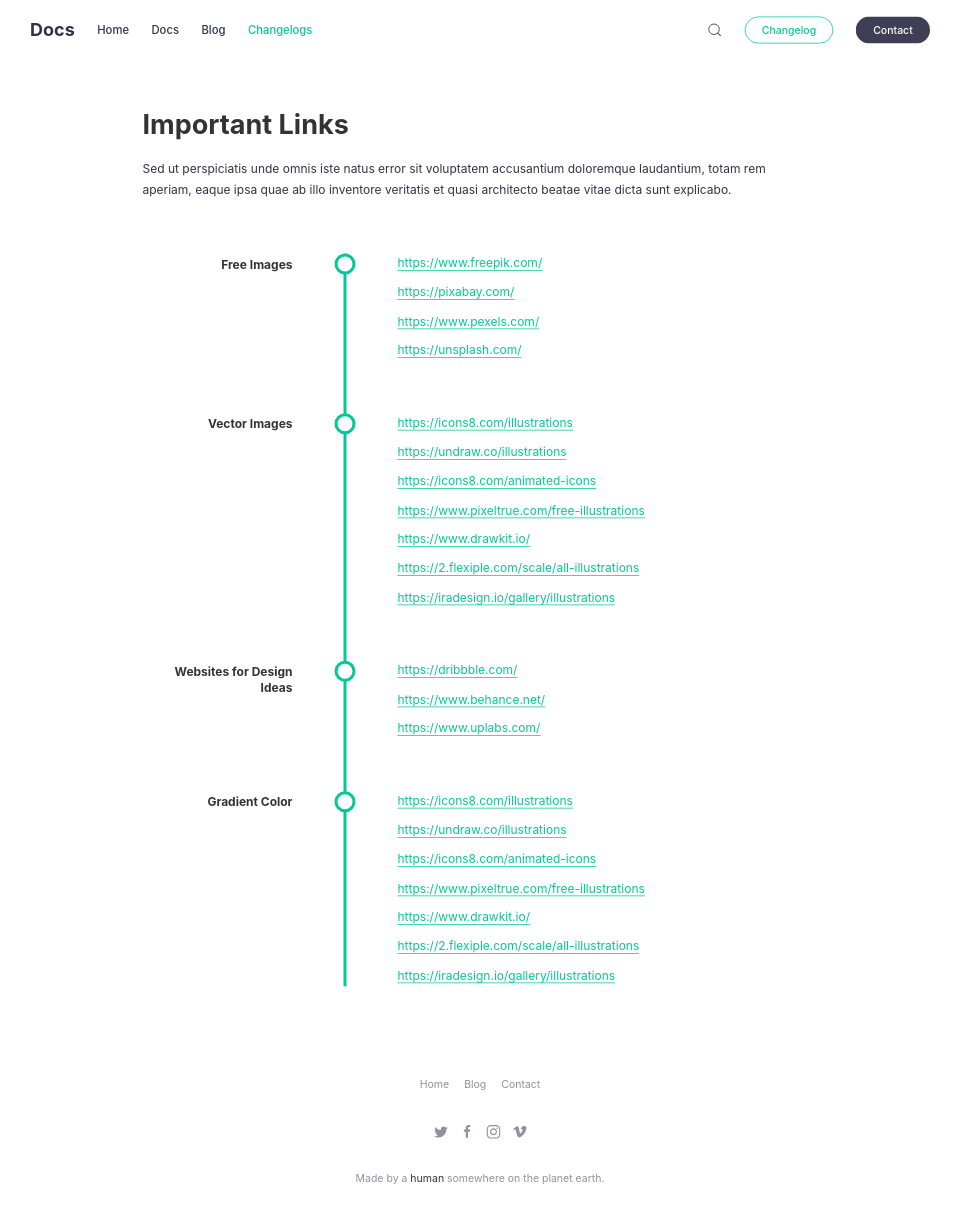
Repository: suchi9909/webdoc
Page: useful-links.html
These files come from the project's save history. The page is drawn as it stood at one moment and after the next save; the edit follows.
The browser window is 1280 px wide. The pictures show the whole page, at 75% of full size.

Above is the page before, as saved 2021-02-19 09:23:20.

### useful-links.html
<!DOCTYPE html>
<html lang="en-gb" dir="ltr">

<head>
    <meta charset="utf-8">
    <meta name="viewport" content="width=device-width, initial-scale=1">
    <title>Docs | Documentation HTML Template</title>
    <link rel="shortcut icon" type="image/png" href="https://via.placeholder.com/20.png" >
    <link href="https://fonts.googleapis.com/css?family=Heebo:300,400" rel="stylesheet">
    <link rel="stylesheet" href="css/main.css" />
    <script src="js/uikit.js"></script>
</head>

<body>

<div data-uk-sticky="animation: uk-animation-slide-top; sel-target: .uk-navbar-container; cls-active: uk-navbar-sticky; cls-inactive: uk-navbar-transparent; top: 200">
  <nav class="uk-navbar-container">
    <div class="uk-container">
      <div data-uk-navbar>
        <div class="uk-navbar-left">
          <a class="uk-navbar-item uk-logo uk-visible@m" href="index.html">Docs</a>
          <a class="uk-navbar-toggle uk-hidden@m" href="#offcanvas-docs" data-uk-toggle><span
              data-uk-navbar-toggle-icon></span> <span class="uk-margin-small-left">Docs</span></a>
          <ul class="uk-navbar-nav uk-visible@m">
            <li ><a href="index.html">Home</a></li>
            <li ><a href="doc.html">Docs</a></li>
            <li ><a href="blog.html">Blog</a></li>
            <li class="uk-active">
              <a href="#">Changelogs</a>
              <div class="uk-navbar-dropdown">
                <ul class="uk-nav uk-navbar-dropdown-nav">
                  <li><a href="changelog-timeline.html">Timeline Style</a></li>
                  <li><a href="changelog-posts.html">Post Style</a></li>
                </ul>
              </div>
            </li>
          </ul>
        </div>
        <div class="uk-navbar-center uk-hidden@m">
          <a class="uk-navbar-item uk-logo" href="index.html">Docs</a>
        </div>
        <div class="uk-navbar-right">
          <div>
            <a id="search-navbar-toggle" class="uk-navbar-toggle" data-uk-search-icon href="#"></a>
            <div class="uk-background-default uk-border-rounded"
              data-uk-drop="mode: click; pos: left-center; offset: 0">
              <form class="uk-search uk-search-navbar uk-width-1-1" onsubmit="return false;">
                <input id="search-navbar" class="uk-search-input" type="search" placeholder="Search for answers"
                  autofocus autocomplete="off" data-minchars="1" data-maxitems="30">
              </form>
            </div>
          </div>
          <ul class="uk-navbar-nav uk-visible@m">
            <li>
              <div class="uk-navbar-item">
                <a class="uk-button uk-button-primary-outline" href="changelog-timeline.html">Changelog</a>
              </div>
            </li>
            <li>
              <div class="uk-navbar-item">
                <a class="uk-button uk-button-success" href="contact.html">Contact</a>
              </div>
            </li>
          </ul>
          <a class="uk-navbar-toggle uk-hidden@m" href="#offcanvas" data-uk-toggle><span
              data-uk-navbar-toggle-icon></span> <span class="uk-margin-small-left">Menu</span></a>
        </div>
      </div>
    </div>
  </nav>
</div>

<div class="uk-section">
  <div class="uk-container uk-container-small">
    <article class="uk-article">
      <h1 class="uk-article-title">Important Links</h1>
      <div class="article-content link-primary">
        <p>Sed ut perspiciatis unde omnis iste natus error sit voluptatem accusantium doloremque laudantium, totam rem
          aperiam, eaque ipsa quae ab illo inventore veritatis et quasi architecto beatae vitae dicta sunt explicabo.
        </p>
        <div class="tm-timeline uk-margin-large-top">
          <div class="tm-timeline-entry">
            <div class="tm-timeline-time">
              <h5>Free Images</h5>
            </div>
            <div class="tm-timeline-body">
              <ul class="uk-list">
                <li><a href="https://www.freepik.com/">https://www.freepik.com/</a></li>
                <li><a href="https://pixabay.com/">https://pixabay.com/</a></li>
                <li><a href="https://www.pexels.com/">https://www.pexels.com/</a></li>
                <li><a href="https://unsplash.com/">https://unsplash.com/</a></li>
              </ul>
            </div>
          </div>
          <div class="tm-timeline-entry">
            <div class="tm-timeline-time">
              <h5>Vector Images</h5>
            </div>
            <div class="tm-timeline-body">
              <ul class="uk-list">
                <li><a href="https://icons8.com/illustrations">https://icons8.com/illustrations</a></li>
                <li><a href="https://undraw.co/illustrations">https://undraw.co/illustrations</a></li>
                <li><a href="https://icons8.com/animated-icons">https://icons8.com/animated-icons</a></li>
                <li><a href="https://www.pixeltrue.com/free-illustrations">https://www.pixeltrue.com/free-illustrations</a></li>
                <li><a href="https://www.drawkit.io/">https://www.drawkit.io/</a></li>
                <li><a href="https://2.flexiple.com/scale/all-illustrations">https://2.flexiple.com/scale/all-illustrations</a></li>
                <li><a href="https://iradesign.io/gallery/illustrations">https://iradesign.io/gallery/illustrations</a></li>
              </ul>
            </div>
          </div>
          <div class="tm-timeline-entry">
            <div class="tm-timeline-time">
              <h5>Websites for Design Ideas</h5>
            </div>
            <div class="tm-timeline-body">
              <ul class="uk-list">
                <li><a href="https://dribbble.com/">https://dribbble.com/</a></li>
                <li><a href="https://www.behance.net/">https://www.behance.net/</a></li>
                <li><a href="https://www.uplabs.com/">https://www.uplabs.com/</a></li>
              </ul>
            </div>
          </div>
          <div class="tm-timeline-entry">
            <div class="tm-timeline-time">
              <h5>Gradient Color</h5>
            </div>
            <div class="tm-timeline-body">
              <ul class="uk-list">
                <li><a href="https://icons8.com/illustrations">https://icons8.com/illustrations</a></li>
                <li><a href="https://undraw.co/illustrations">https://undraw.co/illustrations</a></li>
                <li><a href="https://icons8.com/animated-icons">https://icons8.com/animated-icons</a></li>
                <li><a href="https://www.pixeltrue.com/free-illustrations">https://www.pixeltrue.com/free-illustrations</a></li>
                <li><a href="https://www.drawkit.io/">https://www.drawkit.io/</a></li>
                <li><a href="https://2.flexiple.com/scale/all-illustrations">https://2.flexiple.com/scale/all-illustrations</a></li>
                <li><a href="https://iradesign.io/gallery/illustrations">https://iradesign.io/gallery/illustrations</a></li>
              </ul>
            </div>
          </div>
        </div>
      </div>
    </article>
  </div>
</div>

<div id="offcanvas-docs" data-uk-offcanvas="overlay: true">
  <div class="uk-offcanvas-bar">
    <button class="uk-offcanvas-close" type="button" data-uk-close></button>
    <h5 class="uk-margin-top">Getting Started</h5>
    <ul class="uk-nav uk-nav-default doc-nav">
      <li class="uk-active"><a href="doc.html">Template setup</a></li>
      <li><a href="doc.html">Basic theme setup</a></li>
      <li><a href="doc.html">Navigation bar</a></li>
      <li><a href="doc.html">Footer options</a></li>
      <li><a href="doc.html">Creating your first post</a></li>
      <li><a href="doc.html">Creating docs posts</a></li>
      <li><a href="doc.html">Enabling comments</a></li>
      <li><a href="doc.html">Google Analytics</a></li>
    </ul>
    <h5 class="uk-margin-top">Product Features</h5>
    <ul class="uk-nav uk-nav-default doc-nav">
      <li><a href="doc.html">Hero page header</a></li>
      <li><a href="doc.html">Category boxes section</a></li>
      <li><a href="doc.html">Fearured docs section</a></li>
      <li><a href="doc.html">Video lightbox boxes section</a></li>
      <li><a href="doc.html">Frequently asked questions section</a></li>
      <li><a href="doc.html">Team members section</a></li>
      <li><a href="doc.html">Call to action section</a></li>
      <li><a href="doc.html">Creating a changelog</a></li>
      <li><a href="doc.html">Contact form</a></li>
      <li><a href="doc.html">Adding media to post and doc content</a></li>
      <li><a href="doc.html">Adding table of contents to docs</a></li>
      <li><a href="doc.html">Adding alerts to content</a></li>
    </ul>
    <h5 class="uk-margin-top">Customization</h5>
    <ul class="uk-nav uk-nav-default doc-nav">
      <li><a href="doc.html">Translation</a></li>
      <li><a href="doc.html">Customization</a></li>
      <li><a href="doc.html">Development</a></li>
      <li><a href="doc.html">Sources and credits</a></li>
    </ul>
    <h5 class="uk-margin-top">Help</h5>
    <ul class="uk-nav uk-nav-default doc-nav">
      <li><a href="doc.html">Contacting support</a></li>
    </ul>
  </div>
</div>

<div id="offcanvas" data-uk-offcanvas="flip: true; overlay: true">
  <div class="uk-offcanvas-bar">
    <a class="uk-logo" href="index.html">Docs</a>
    <button class="uk-offcanvas-close" type="button" data-uk-close></button>
    <ul class="uk-nav uk-nav-primary uk-nav-offcanvas uk-margin-top">
      <li ><a href="index.html">Home</a></li>
      <li ><a href="doc.html">Docs</a></li>
      <li ><a href="blog.html">Blog</a></li>
      <li ><a href="contact.html">Contact</a></li>
      <li>
        <div class="uk-navbar-item"><a class="uk-button uk-button-success" href="contact.html">Contact</a></div>
      </li>
    </ul>
    <div class="uk-margin-top uk-text-center">
      <div data-uk-grid class="uk-child-width-auto uk-grid-small uk-flex-center">
        <div>
          <a href="https://twitter.com/" data-uk-icon="icon: twitter" class="uk-icon-link" target="_blank"></a>
        </div>
        <div>
          <a href="https://www.facebook.com/" data-uk-icon="icon: facebook" class="uk-icon-link" target="_blank"></a>
        </div>
        <div>
          <a href="https://www.instagram.com/" data-uk-icon="icon: instagram" class="uk-icon-link" target="_blank"></a>
        </div>
        <div>
          <a href="https://vimeo.com/" data-uk-icon="icon: vimeo" class="uk-icon-link" target="_blank"></a>
        </div>
      </div>
    </div>
  </div>
</div>

<footer class="uk-section uk-text-center uk-text-muted">
	<div class="uk-container uk-container-small">
		<div>
			<ul class="uk-subnav uk-flex-center">
				<li><a href="#">Home</a></li>
				<li><a href="blog.html">Blog</a></li>
				<li><a href="contact.html">Contact</a></li>
			</ul>
		</div>
		<div class="uk-margin-medium">
			<div data-uk-grid class="uk-child-width-auto uk-grid-small uk-flex-center">
				<div class="uk-first-column">
					<a href="https://twitter.com/" data-uk-icon="icon: twitter" class="uk-icon-link uk-icon" target="_blank"></a>
				</div>
				<div>
					<a href="https://www.facebook.com/" data-uk-icon="icon: facebook" class="uk-icon-link uk-icon"
						target="_blank"></a>
				</div>
				<div>
					<a href="https://www.instagram.com/" data-uk-icon="icon: instagram" class="uk-icon-link uk-icon"
						target="_blank"></a>
				</div>
				<div>
					<a href="https://vimeo.com/" data-uk-icon="icon: vimeo" class="uk-icon-link uk-icon" target="_blank"></a>
				</div>
			</div>
		</div>
		<div class="uk-margin-medium uk-text-small copyright link-secondary">Made by a <a
				href="https://ivanchromjak.com/">human</a> somewhere on the planet earth.</div>
	</div>
</footer>

<script src="js/awesomplete.js"></script>
<script src="js/custom.js"></script>


</body>

</html>

### js/custom.js
(function () {
  'use strict';

  // Custom scripts
  document.addEventListener("DOMContentLoaded", function() {

    // Live Awesomplete Search
  	var inputHero = document.getElementById("search-hero");
  	var inputNavbar = document.getElementById("search-navbar");

    var list = [
          { label: "How do I enable payment gateway?", 					        value: "doc.html" },
          { label: "What happens if I clear cache?", 						        value: "doc.html" },
          { label: "Which payment methods do you offer?", 				      value: "doc.html" },
          { label: "How long does it take to propagate DNS settings?", 	value: "doc.html" },
          { label: "How can I force SSL certificate?", 					        value: "doc.html" }
        ];

    if (inputHero) {
      inputHero.addEventListener("awesomplete-selectcomplete", function(e) {
        window.location.href = e.text.value;
      }, false);

      new Awesomplete(inputHero, {
        autoFirst: true,
        list: list,
        replace: function(suggestion) {
          this.input.value = suggestion.label;
        }
      });
    }

    if (inputNavbar) {
      inputNavbar.addEventListener("awesomplete-selectcomplete", function(e) {
        window.location.href = e.text.value;
      }, false);

      new Awesomplete(inputNavbar, {
        autoFirst: true,
        list: list,
        replace: function(suggestion) {
          this.input.value = suggestion.label;
        }
      });
    }

  });

}());

Loaded but not shown: css/main.css (library); js/uikit.js (library); js/awesomplete.js (563 lines, source omitted)

After the next save:
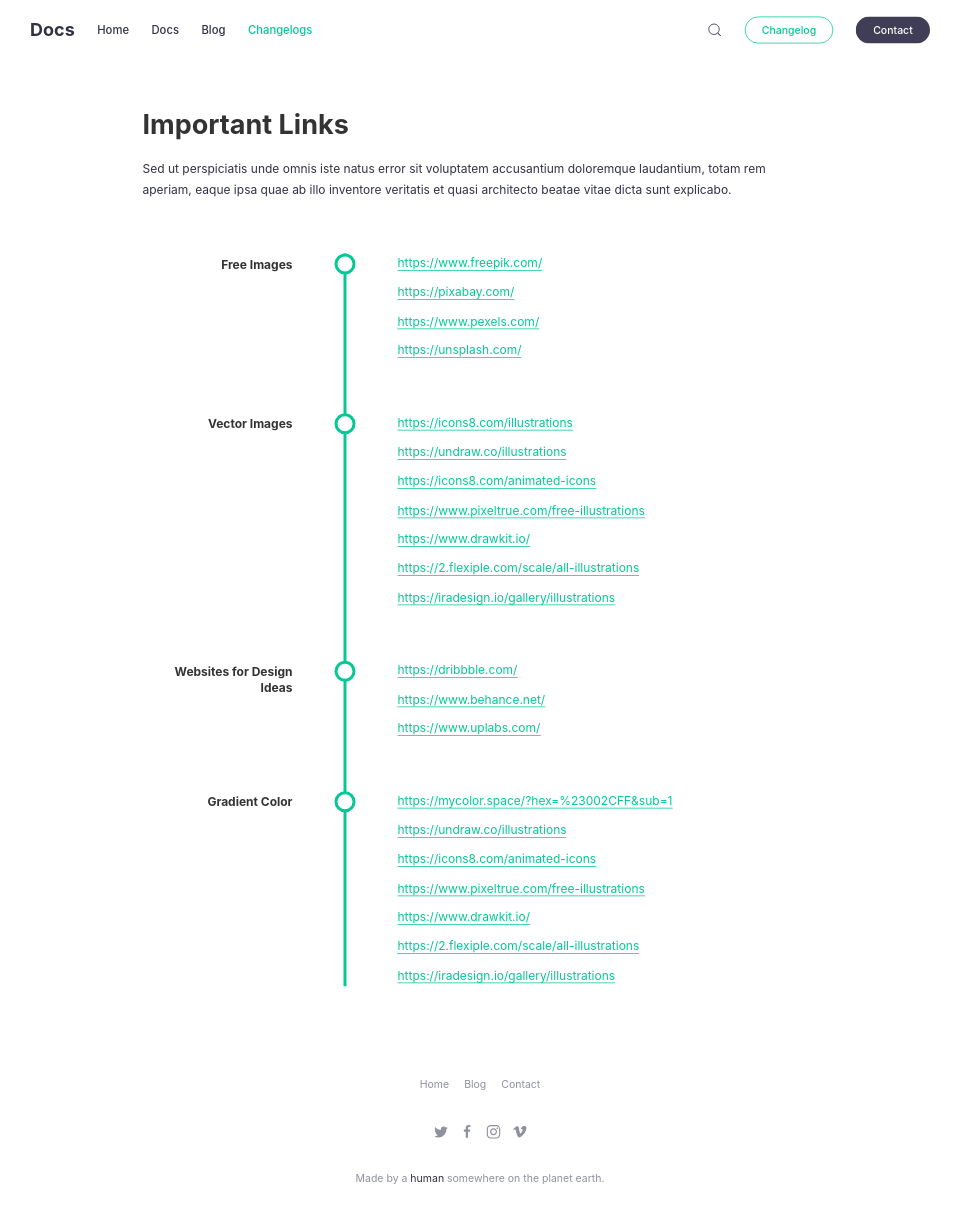
Saved 7 s later.
--- a/useful-links.html
+++ b/useful-links.html
@@ -126,7 +126,7 @@
             </div>
             <div class="tm-timeline-body">
               <ul class="uk-list">
-                <li><a href="https://icons8.com/illustrations">https://icons8.com/illustrations</a></li>
+                <li><a href="https://mycolor.space/?hex=%23002CFF&sub=1">https://mycolor.space/?hex=%23002CFF&sub=1</a></li>
                 <li><a href="https://undraw.co/illustrations">https://undraw.co/illustrations</a></li>
                 <li><a href="https://icons8.com/animated-icons">https://icons8.com/animated-icons</a></li>
                 <li><a href="https://www.pixeltrue.com/free-illustrations">https://www.pixeltrue.com/free-illustrations</a></li>
